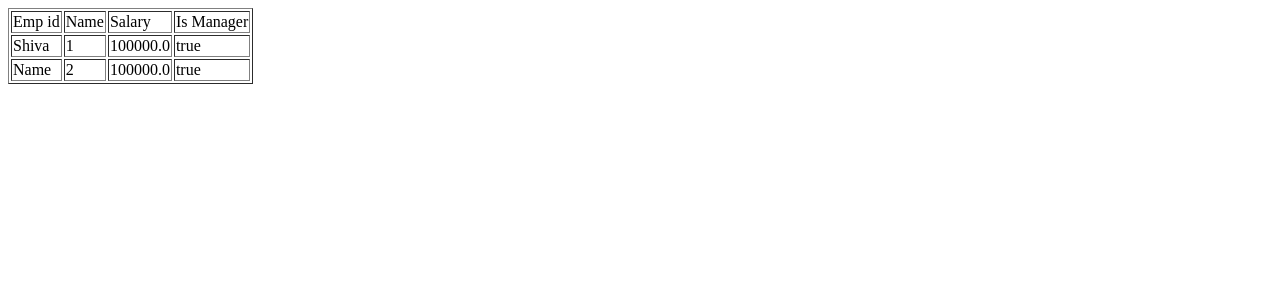
Repository: shivamaninalla/Bank-Application-JSP
Page: http://localhost/04-jstl-tag-demo/jstl-employee-foreach.jsp
An editor plug-in stored every save of this project. The page is shown before and after a run of saves, followed by the edit.
The browser window is 1280 px wide. The pictures show the whole page.
The page is served by Tomcat 9.

Above is the page before, as saved 2024-07-15 09:19:22.

### 04-jstl-tag-demo/WebContent/jstl-employee-foreach.jsp
<%@ page language="java" contentType="text/html; charset=ISO-8859-1"
	pageEncoding="ISO-8859-1"%>
<%@ page import="java.util.List,java.util.ArrayList, com.monocept.model.Employee"%>
<%@ taglib uri="http://java.sun.com/jsp/jstl/core" prefix="c"%>
<%@ taglib uri="http://java.sun.com/jsp/jstl/functions" prefix="fn"%>

<!DOCTYPE html>
<html>
<head>
<meta charset="ISO-8859-1">
<title>Insert title here</title>
</head>
<body>
	<%
		List<Employee> employees = new ArrayList<>();
	    employees.add(new Employee("Shiva", 1, 100000, true));
	    employees.add(new Employee("Name", 2, 100000, true));

	pageContext.setAttribute("e", employees);
	%>

	<table border="1">
		<tr>
			<td>Emp id</td>
			<td>Name</td>
			<td>Salary</td>
			<td>Is Manager</td>
		</tr>
		<c:forEach var="d" items="${e}">
			<tr>
				<td>${d.name}</td>
				<td>${d.id}</td>
				<td>${d.salary}</td>
				<td>${d.manager}</td>
			</tr>
		</c:forEach>

	</table>

</body>
</html>

### 04-jstl-tag-demo/src/com/monocept/model/Employee.java
package com.monocept.model;

public class Employee {

	private String name;
	private int id;
	private double salary;
	private boolean manager;
	public Employee(String name, int id, double salary, boolean manager) {
		super();
		this.name = name;
		this.id = id;
		this.salary = salary;
		this.manager = manager;
	}

	public String getName() {
		return name;
	}
	public void setName(String name) {
		this.name = name;
	}
	public int getId() {
		return id;
	}
	public void setId(int id) {
		this.id = id;
	}
	public double getSalary() {
		return salary;
	}
	public void setSalary(double salary) {
		this.salary = salary;
	}
	public boolean getManager() {
		return manager;
	}
	public void setManager(boolean isManager) {
		this.manager = manager;
	}


}

After the next 2 saves:
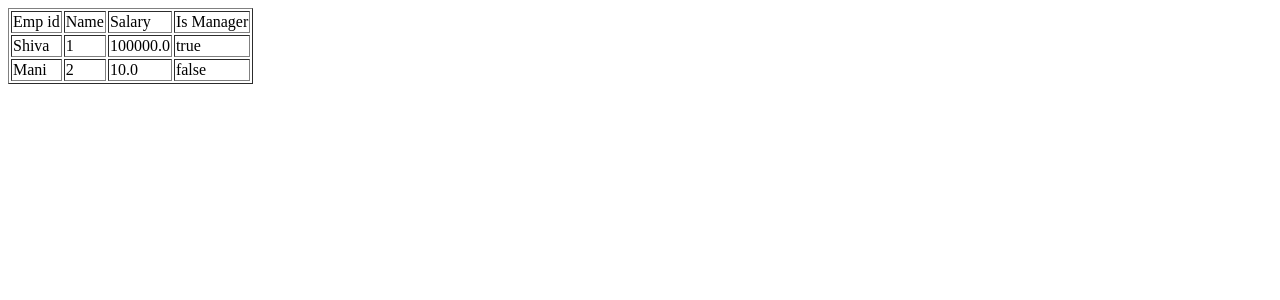
The 2 saves are shown as one change because 1 did not build or start.
The last was saved 37 s later.
--- a/04-jstl-tag-demo/WebContent/jstl-employee-foreach.jsp
+++ b/04-jstl-tag-demo/WebContent/jstl-employee-foreach.jsp
@@ -14,7 +14,7 @@
 	<%
 		List<Employee> employees = new ArrayList<>();
 	    employees.add(new Employee("Shiva", 1, 100000, true));
-	    employees.add(new Employee("Name", 2, 100000, true));
+	    employees.add(new Employee("Mani", 2, 10, false));
 
 	pageContext.setAttribute("e", employees);
 	%>
